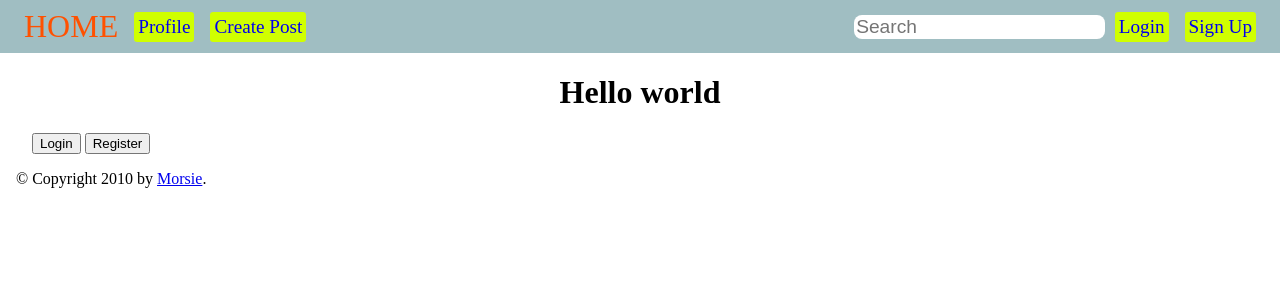
Repository: MorsChen/python-blog
Page: templates/home.html
An editor plug-in stored every save of this project. The page is shown before and after the next save, followed by the edit.
The browser window is 1280 px wide. The pictures show the whole page.
The page is served by the project's application, run on Flask 3 (default.py). The template is opened directly, without the code that normally fills it, so the values that code supplies are empty.

Above is the page before, as saved 2019-09-09 17:01:37.

After the next save:
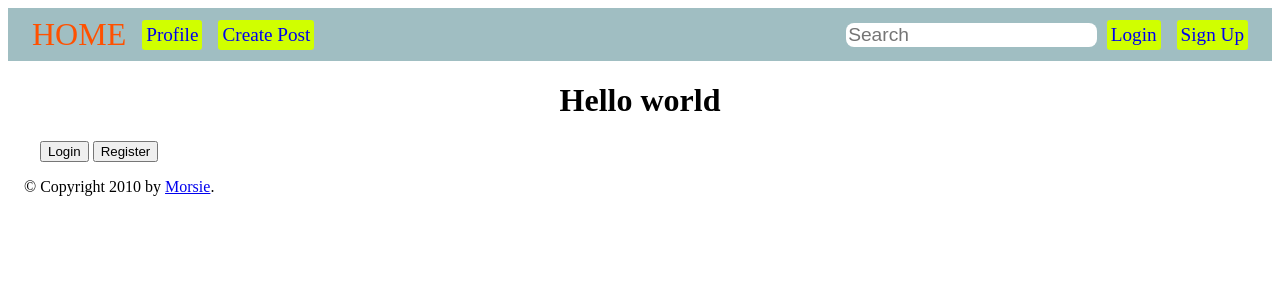
Saved 17 s later.
--- a/static/style.css
+++ b/static/style.css
@@ -1,6 +1,6 @@
 body{
     /* background-color: black; */
-    margin: 0;
+    margin: 1;
 }
 
 .NavBar {

After the save that followed:
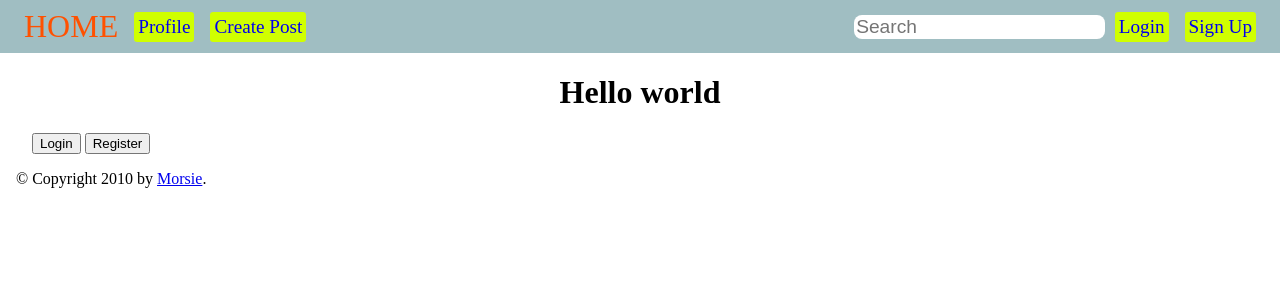
Saved 5 s later.
--- a/static/style.css
+++ b/static/style.css
@@ -1,6 +1,6 @@
 body{
     /* background-color: black; */
-    margin: 1;
+    margin: 0;
 }
 
 .NavBar {
